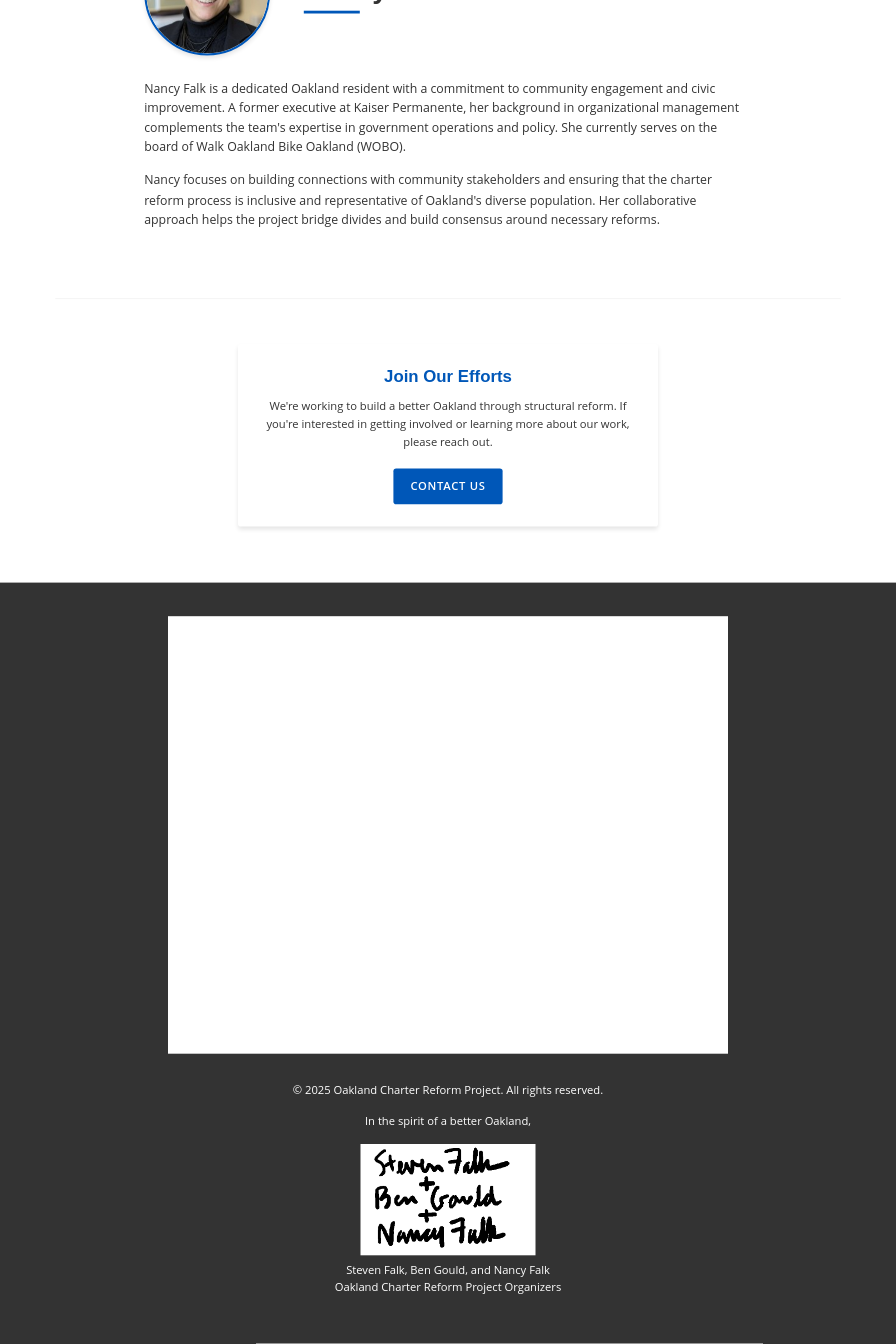
Repository: bgould132/oaklandcharterreform
Page: about.html
An editor plug-in stored every save of this project. The page is shown before and after the next save, followed by the edit.
The browser window is 1280 px wide. The pictures show the part of the page from y = 1815 to 3735 px (the page is 3735 px tall before and 3298 px after), at 70% of full size.

Above is the page before, as saved 2025-04-08 10:54:16.

### about.html
<!DOCTYPE html>
<html lang="en">
<head>
    <meta charset="UTF-8">
    <meta name="viewport" content="width=device-width, initial-scale=1.0">
    <meta name="description" content="About the Oakland Charter Reform Project team - Steven Falk, Ben Gould, and Nancy Falk">
    <title>About Us - Oakland Charter Reform Project</title>
    <link rel="stylesheet" href="css/styles.css">
    <!-- Font Awesome for icons -->
    <link rel="stylesheet" href="https://cdnjs.cloudflare.com/ajax/libs/font-awesome/6.4.2/css/all.min.css">
</head>
<body>
    <header>
        <div class="container">
            <nav aria-label="Main navigation">
                <div class="logo">
                    <a href="index.html" aria-label="Oakland Charter Reform Project Home">
                        <img src="images/logo/OCRP logo design.jpg" alt="Oakland Charter Reform Project Logo">
                    </a>
                </div>
                <button class="mobile-menu-button" aria-label="Toggle menu" aria-expanded="false" aria-controls="main-menu">
                    <span class="hamburger-icon"></span>
                </button>
                <ul id="main-menu" class="nav-menu">
                    <li><a href="index.html#why-charter-reform">Why Charter Reform</a></li>
                    <li><a href="index.html#principles">Principles</a></li>
                    <li><a href="index.html#proposed-amendments">Proposed Amendments</a></li>
                    <li><a href="index.html#our-approach">Our Approach</a></li>
                    <li><a href="about.html" class="active">About Us</a></li>
                    <li><a href="index.html#contact">Contact</a></li>
                </ul>
            </nav>
        </div>
    </header>

    <main>
        <!-- Page Header -->
        <section class="page-header about-header" aria-labelledby="page-heading">
            <div class="container">
                <h1 id="page-heading">About Us</h1>
                <p class="subtitle">Meet the team behind the Oakland Charter Reform Project</p>
            </div>
        </section>

        <!-- Team Section -->
        <section class="section" aria-labelledby="team-heading">
            <div class="container">
                <h2 id="team-heading" class="visually-hidden">Our Team</h2>

                <div class="team-member">
                    <div class="team-member-info">
                        <div class="member-header">
                            <div class="member-photo">
                                <img src="images/team/steven_falk.jpg" alt="Photo of Steven Falk">
                            </div>
                            <div class="member-title">
                                <h2>Steven Falk</h2>
                                <div class="title-underline"></div>
                            </div>
                        </div>
                        <div class="member-bio">
                            <p>Steven Falk is an Oakland resident and longtime city manager with extensive experience in local government. He has twice served as Oakland's interim city administrator and lectures on city management and public finance at UC Berkeley's Goldman School of Public Policy.</p>

                            <p>With over 30 years of local government experience, Steven has witnessed firsthand - and led - effective local governments in California, and handled the challenges presented by Oakland's current charter structure. His deep understanding of municipal operations and governance systems provides valuable insight into the reforms needed to help Oakland reach its potential.</p>
                        </div>
                    </div>
                </div>

                <div class="team-member alt-bg">
                    <div class="team-member-info">
                        <div class="member-header">
                            <div class="member-photo">
                                <img src="images/team/Ben Gould square.jpeg" alt="Photo of Ben Gould">
                            </div>
                            <div class="member-title">
                                <h2>Ben Gould</h2>
                                <div class="title-underline"></div>
                            </div>
                        </div>
                        <div class="member-bio">
                            <p>Ben Gould is an Oakland resident, public policy advisor, and community organizer. As a member of the Oakland Budget Advisory Commission and a board member of Make Oakland Better Now!, he is committed to making Oakland's government work for its residents. He previously authored and organized the winning campaign for Berkeley's 2024 Measure FF to fund smoother, safer streets.</p>

                            <p>Ben's passion for civic engagement and good governance drives his work with the Oakland Charter Reform Project. He believes that by fixing the structural problems in Oakland's charter, the city can better serve its diverse communities and address long-standing challenges.</p>
                        </div>
                    </div>
                </div>

                <div class="team-member">
                    <div class="team-member-info">
                        <div class="member-header">
                            <div class="member-photo">
                                <img src="images/team/Nancy Falk.jpeg" alt="Photo of Nancy Falk">
                            </div>
                            <div class="member-title">
                                <h2>Nancy Falk</h2>
                                <div class="title-underline"></div>
                            </div>
                        </div>
                        <div class="member-bio">
                            <p>Nancy Falk is a dedicated Oakland resident with a commitment to community engagement and civic improvement. A former executive at Kaiser Permanente, her background in organizational management complements the team's expertise in government operations and policy. She currently serves on the board of Walk Oakland Bike Oakland (WOBO).</p>

                            <p>Nancy focuses on building connections with community stakeholders and ensuring that the charter reform process is inclusive and representative of Oakland's diverse population. Her collaborative approach helps the project bridge divides and build consensus around necessary reforms.</p>
                        </div>
                    </div>
                </div>

                <div class="team-cta">
                    <h3>Join Our Efforts</h3>
                    <p>We're working to build a better Oakland through structural reform. If you're interested in getting involved or learning more about our work, please reach out.</p>
                    <a href="index.html#contact" class="cta-button">Contact Us</a>
                </div>
            </div>
        </section>
    </main>

    <footer>
        <div class="container">
            <div class="footer-content">
                <div class="footer-logo">
                    <img src="images/logo/OCRP logo design.jpg" alt="Oakland Charter Reform Project Logo">
                </div>
                <div class="footer-text">
                    <p>&copy; 2025 Oakland Charter Reform Project. All rights reserved.</p>
                    <p>In the spirit of a better Oakland,</p>
                    <div class="signature">
                        <img src="images/logo/steve and ben and nancy signature.jpg" alt="Signatures of Steven Falk, Ben Gould, and Nancy Falk" class="signature-img">
                        <p>Steven Falk, Ben Gould, and Nancy Falk<br>
                        Oakland Charter Reform Project Organizers</p>
                    </div>
                </div>
            </div>
        </div>
    </footer>

    <script src="js/main.js"></script>
</body>
</html>

### css/styles.css
/* Base Styles */
:root {
    --primary-color: #0057b8; /* Blue from the logo */
    --secondary-color: #333333;
    --accent-color: #f8f8f8;
    --text-color: #333333;
    --light-text: #ffffff;
    --heading-font: 'Montserrat', sans-serif;
    --body-font: 'Open Sans', sans-serif;
    --container-width: 1200px;
    --border-radius: 4px;
    --box-shadow: 0 4px 6px rgba(0, 0, 0, 0.1);
    --transition: all 0.3s ease;
}

/* Typography */
@import url('https://fonts.googleapis.com/css2?family=Montserrat:wght@500;700&family=Open+Sans:wght@400;600&display=swap');

* {
    margin: 0;
    padding: 0;
    box-sizing: border-box;
}

body {
    font-family: var(--body-font);
    line-height: 1.6;
    color: var(--text-color);
    font-size: 16px;
}

h1, h2, h3, h4, h5, h6 {
    font-family: var(--heading-font);
    font-weight: 700;
    line-height: 1.2;
    margin-bottom: 0.5em;
}

h1 {
    font-size: 3rem;
}

h2 {
    font-size: 2.5rem;
    margin-bottom: 1rem;
}

h3 {
    font-size: 1.5rem;
}

p {
    margin-bottom: 1.2rem;
}

a {
    color: var(--primary-color);
    text-decoration: none;
    transition: var(--transition);
}

a:hover {
    color: #004085;
}

ul {
    list-style-type: none;
}

/* Container */
.container {
    width: 90%;
    max-width: var(--container-width);
    margin: 0 auto;
    padding: 0 15px;
}

/* Header & Navigation */
header {
    background-color: #fff;
    box-shadow: 0 2px 4px rgba(0, 0, 0, 0.1);
    position: fixed;
    width: 100%;
    top: 0;
    left: 0;
    z-index: 1000;
}

header .container {
    display: flex;
    justify-content: space-between;
    align-items: center;
}

nav {
    display: flex;
    justify-content: space-between;
    align-items: center;
    width: 100%;
    padding: 1rem 0;
}

.logo img {
    height: 60px;
    width: auto;
}

.nav-menu {
    display: flex;
    gap: 1.5rem;
}

.nav-menu a {
    color: var(--secondary-color);
    font-weight: 600;
    font-size: 1rem;
    padding: 0.5rem;
}

.nav-menu a:hover {
    color: var(--primary-color);
    border-bottom: 2px solid var(--primary-color);
}

.mobile-menu-button {
    display: none;
    background: none;
    border: none;
    cursor: pointer;
    padding: 0.5rem;
}

.hamburger-icon,
.hamburger-icon::before,
.hamburger-icon::after {
    display: block;
    background-color: var(--secondary-color);
    height: 3px;
    width: 25px;
    border-radius: 3px;
    position: relative;
}

.hamburger-icon::before,
.hamburger-icon::after {
    content: '';
    position: absolute;
}

.hamburger-icon::before {
    top: -8px;
}

.hamburger-icon::after {
    top: 8px;
}

/* Hero Section */
.hero {
    height: 100vh;
    position: relative;
    margin-top: 80px; /* To account for fixed header */
}

.hero-image {
    height: 100%;
    width: 100%;
    position: relative;
}

.hero-image img {
    width: 100%;
    height: 100%;
    object-fit: cover;
    filter: brightness(70%);
}

.hero-content {
    position: absolute;
    top: 50%;
    left: 50%;
    transform: translate(-50%, -50%);
    text-align: center;
    color: var(--light-text);
    width: 80%;
    max-width: 800px;
}

.hero-content h1 {
    font-size: 3.5rem;
    margin-bottom: 0.5rem;
    text-shadow: 2px 2px 4px rgba(0, 0, 0, 0.5);
}

.tagline {
    font-size: 1.5rem;
    margin-bottom: 2rem;
    text-shadow: 1px 1px 2px rgba(0, 0, 0, 0.5);
}

.cta-button {
    display: inline-block;
    background-color: var(--primary-color);
    color: var(--light-text);
    padding: 0.8rem 1.5rem;
    border-radius: var(--border-radius);
    font-weight: 600;
    text-transform: uppercase;
    letter-spacing: 1px;
    transition: var(--transition);
}

.cta-button:hover {
    background-color: #004085;
    color: var(--light-text);
    transform: translateY(-2px);
    box-shadow: var(--box-shadow);
}

/* Section Styling */
.section {
    padding: 5rem 0;
}

.alt-bg {
    background-color: var(--accent-color);
}

.section h2 {
    text-align: center;
    margin-bottom: 2.5rem;
    position: relative;
}

.section h2::after {
    content: '';
    display: block;
    width: 80px;
    height: 4px;
    background-color: var(--primary-color);
    margin: 1rem auto 0;
}

.section-content {
    display: flex;
    flex-wrap: wrap;
    gap: 2rem;
    justify-content: space-between;
    align-items: flex-start;
}

.text-content {
    flex: 1 1 60%;
}

.stat-boxes {
    flex: 1 1 30%;
    display: flex;
    flex-direction: column;
    gap: 1.5rem;
}

.stat-box {
    background-color: var(--primary-color);
    color: var(--light-text);
    padding: 2rem;
    border-radius: var(--border-radius);
    text-align: center;
    box-shadow: var(--box-shadow);
}

.stat-number {
    font-size: 3rem;
    font-weight: 700;
    display: block;
    margin-bottom: 0.5rem;
}

.highlight-quote {
    font-size: 1.5rem;
    font-style: italic;
    color: var(--primary-color);
    border-left: 4px solid var(--primary-color);
    padding-left: 1rem;
    margin-bottom: 1.5rem;
}

/* Principles Section */
.principles-grid {
    display: grid;
    grid-template-columns: repeat(auto-fit, minmax(250px, 1fr));
    gap: 2rem;
    margin-top: 2rem;
}

.principle-card {
    background-color: white;
    padding: 2rem;
    border-radius: var(--border-radius);
    box-shadow: var(--box-shadow);
    text-align: center;
    transition: var(--transition);
}

.principle-card:hover {
    transform: translateY(-5px);
    box-shadow: 0 6px 12px rgba(0, 0, 0, 0.15);
}

.principle-icon {
    font-size: 2.5rem;
    color: var(--primary-color);
    margin-bottom: 1rem;
}

/* Our Approach Section */
.approach-content {
    display: flex;
    flex-wrap: wrap;
    gap: 3rem;
    justify-content: space-between;
}

.approach-text {
    flex: 1 1 45%;
}

.approach-list {
    list-style-type: disc;
    padding-left: 1.5rem;
    margin: 1rem 0 1.5rem;
}

.approach-list li {
    margin-bottom: 0.8rem;
}

.timeline {
    flex: 1 1 45%;
    position: relative;
    margin-left: 20px;
}

.timeline::before {
    content: '';
    position: absolute;
    left: 0;
    top: 0;
    bottom: 0;
    width: 4px;
    background-color: var(--primary-color);
    transform: translateX(-50%);
}

.timeline-item {
    position: relative;
    padding: 0 0 2rem 2rem;
}

.timeline-marker {
    position: absolute;
    left: 0;
    top: 0;
    width: 20px;
    height: 20px;
    border-radius: 50%;
    background-color: white;
    border: 4px solid var(--primary-color);
    transform: translateX(-50%);
    z-index: 1;
}

.timeline-content {
    background-color: white;
    padding: 1.5rem;
    border-radius: var(--border-radius);
    box-shadow: var(--box-shadow);
}

/* Contact Section */
.contact-content {
    max-width: 700px;
    margin: 0 auto;
    text-align: center;
}

.contact-info {
    margin-top: 2rem;
}

.signup-form {
    margin-top: 2rem;
}

/* Footer */
footer {
    background-color: var(--secondary-color);
    color: var(--light-text);
    padding: 3rem 0;
}

.footer-content {
    display: flex;
    flex-direction: column;
    align-items: center;
    gap: 2rem;
    text-align: center;
}

.footer-logo img {
    filter: brightness(0) invert(1);
}

.footer-text {
    flex: 1;
    text-align: center;
}

.signature {
    margin-top: 1rem;
    display: flex;
    flex-direction: column;
    align-items: center;
}

.signature-img {
    max-width: 250px;
    margin-bottom: 0.5rem;
    display: block;
}

.footer-social {
    display: flex;
    gap: 1rem;
}

.footer-social a {
    color: var(--light-text);
    font-size: 1.5rem;
    transition: var(--transition);
}

.footer-social a:hover {
    color: var(--primary-color);
}

/* Media Queries for Responsive Design */
@media (max-width: 992px) {
    h1 {
        font-size: 2.5rem;
    }

    h2 {
        font-size: 2rem;
    }

    .hero-content h1 {
        font-size: 2.8rem;
    }

    .tagline {
        font-size: 1.3rem;
    }
}

@media (max-width: 768px) {
    .section-content,
    .approach-content {
        flex-direction: column;
    }

    .stat-boxes {
        width: 100%;
    }

    .hero-content h1 {
        font-size: 2.2rem;
    }

    .tagline {
        font-size: 1.1rem;
    }

    .mobile-menu-button {
        display: block;
    }

    .nav-menu {
        display: none;
        flex-direction: column;
        position: absolute;
        top: 100%;
        left: 0;
        width: 100%;
        background-color: white;
        box-shadow: 0 4px 6px rgba(0, 0, 0, 0.1);
        padding: 1rem 0;
    }

    .nav-menu.show {
        display: flex;
    }

    .nav-menu li {
        width: 100%;
        text-align: center;
    }

    .nav-menu a {
        display: block;
        padding: 0.8rem 0;
    }
}

@media (max-width: 576px) {
    .hero-content h1 {
        font-size: 1.8rem;
    }

    .tagline {
        font-size: 1rem;
    }

    .cta-button {
        padding: 0.6rem 1.2rem;
        font-size: 0.9rem;
    }

    .footer-content {
        flex-direction: column;
        text-align: center;
        gap: 1.5rem;
    }
}

/* Accessibility Enhancements */
:focus {
    outline: 3px solid var(--primary-color);
    outline-offset: 3px;
}

.skip-link {
    position: absolute;
    top: -100px;
    left: 0;
    background: var(--primary-color);
    color: white;
    padding: 10px;
    z-index: 1001;
}

.skip-link:focus {
    top: 0;
}

/* Print Styles */
@media print {
    body {
        font-size: 12pt;
    }

    header, footer, .cta-button, .hero-image {
        display: none;
    }

    .container {
        width: 100%;
        max-width: 100%;
    }

    .section {
        page-break-inside: avoid;
        padding: 1rem 0;
    }
}

/* Amendment Section */
.amendment-card {
    background-color: white;
    padding: 1.5rem;
    border-radius: var(--border-radius);
    box-shadow: var(--box-shadow);
    margin-bottom: 1.5rem;
}

.amendment-list {
    list-style-type: disc;
    padding-left: 1.5rem;
    margin: 1rem 0;
}

.amendment-list li {
    margin-bottom: 0.8rem;
}

.buttons-container {
    display: flex;
    gap: 1rem;
    justify-content: center;
    margin-top: 2rem;
    flex-wrap: wrap;
}

.outline-button {
    display: inline-block;
    background-color: transparent;
    color: var(--primary-color);
    border: 2px solid var(--primary-color);
    padding: 0.8rem 1.5rem;
    border-radius: var(--border-radius);
    font-weight: 600;
    text-transform: uppercase;
    letter-spacing: 1px;
    transition: var(--transition);
}

.outline-button:hover {
    background-color: var(--primary-color);
    color: var(--light-text);
    transform: translateY(-2px);
    box-shadow: var(--box-shadow);
}

/* About Us Page */
.page-header {
    background-color: var(--primary-color);
    color: var(--light-text);
    padding: 8rem 0 4rem;
    text-align: center;
    margin-bottom: 3rem;
}

.page-header h1 {
    font-size: 3rem;
    margin-bottom: 0.5rem;
}

.subtitle {
    font-size: 1.2rem;
    max-width: 600px;
    margin: 0 auto;
}

.visually-hidden {
    position: absolute;
    width: 1px;
    height: 1px;
    padding: 0;
    margin: -1px;
    overflow: hidden;
    clip: rect(0, 0, 0, 0);
    white-space: nowrap;
    border: 0;
}

.team-member {
    padding: 5rem 0;
    border-bottom: 1px solid #eee;
}

.team-member.alt-bg {
    background-color: var(--accent-color);
}

.team-member:last-of-type {
    border-bottom: none;
}

.team-member-info {
    max-width: 800px;
    margin: 0 auto;
}

.member-role {
    color: var(--primary-color);
    font-weight: 600;
    margin-bottom: 1rem;
}

.member-bio {
    margin-top: 1rem;
}

.team-cta {
    text-align: center;
    max-width: 600px;
    margin: 4rem auto 0;
    padding: 2rem;
    background-color: white;
    border-radius: var(--border-radius);
    box-shadow: var(--box-shadow);
}

.team-cta h3 {
    color: var(--primary-color);
    margin-bottom: 1rem;
}

.team-cta p {
    margin-bottom: 1.5rem;
}

@media (max-width: 768px) {
    .page-header {
        padding: 7rem 0 3rem;
    }

    .page-header h1 {
        font-size: 2.5rem;
    }

    .team-member {
        padding: 2rem 0;
    }
}

/* Active Navigation */
.nav-menu a.active {
    color: var(--primary-color);
    border-bottom: 2px solid var(--primary-color);
}

/* Team Member Styling */
.member-header {
    display: flex;
    align-items: center;
    margin-bottom: 2rem;
}

.member-photo {
    width: 180px;
    height: 180px;
    border-radius: 50%;
    overflow: hidden;
    margin-right: 3rem;
    box-shadow: var(--box-shadow);
    flex-shrink: 0;
    border: 3px solid var(--primary-color);
}

.member-photo img {
    width: 100%;
    height: 100%;
    object-fit: cover;
    object-position: center;
}

.member-title {
    flex: 1;
}

.member-title h2 {
    font-size: 2.5rem;
    margin-bottom: 0.5rem;
    text-align: left;
}

.member-title h2::after {
    display: none;
}

.title-underline {
    height: 4px;
    width: 80px;
    background-color: var(--primary-color);
    margin-top: 0.5rem;
}

.team-member-info {
    max-width: 900px;
    margin: 0 auto;
    padding: 0 1rem;
}

.member-bio {
    margin-top: 1rem;
    font-size: 1.1rem;
}

.team-member {
    padding: 5rem 0;
    border-bottom: 1px solid #eee;
}

@media (max-width: 768px) {
    .member-header {
        flex-direction: column;
        text-align: center;
    }

    .member-photo {
        margin-right: 0;
        margin-bottom: 1.5rem;
    }

    .member-title h2 {
        text-align: center;
    }

    .title-underline {
        margin: 0.5rem auto 0;
    }
}

.member-photo img[src*="Ben Gould"] {
    object-position: top center;
}

.about-header {
    margin-bottom: 0;
}

.about-header h1 {
    font-size: 3.5rem;
}

Loaded but not shown: js/main.js (101 lines, source omitted)

After the next save:
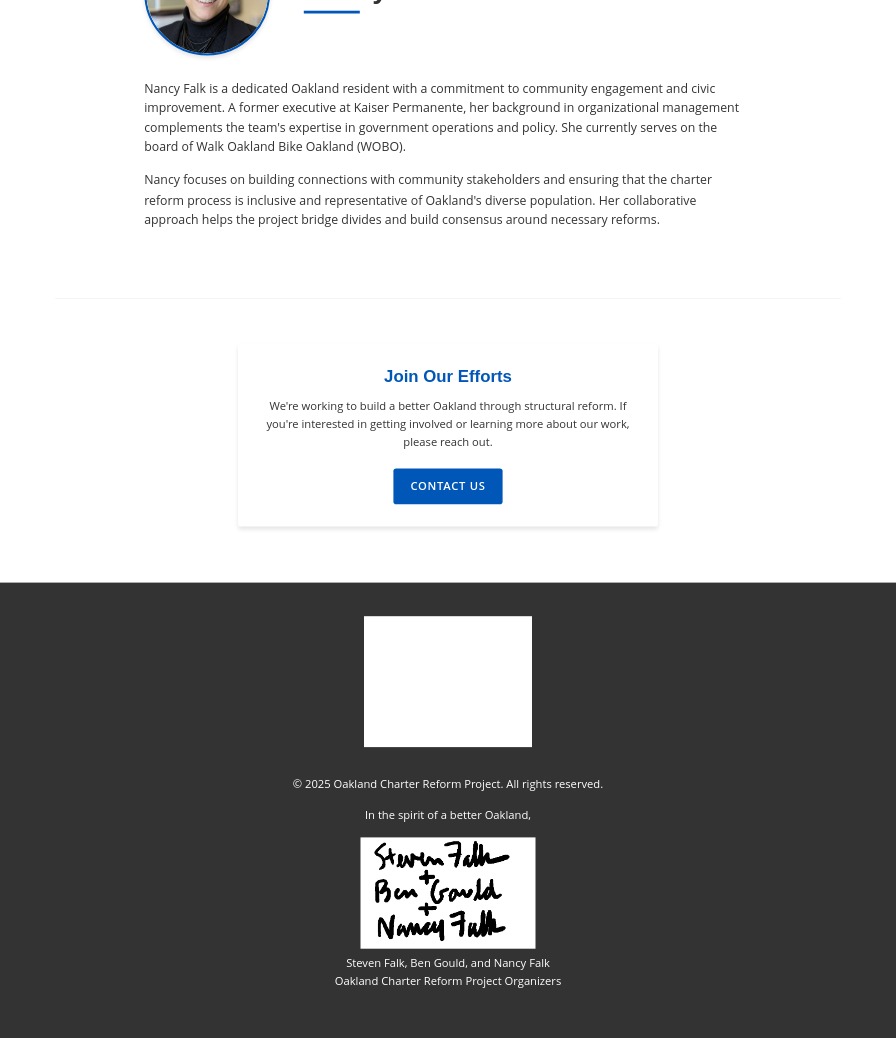
Saved 4 s later.
--- a/about.html
+++ b/about.html
@@ -117,7 +117,7 @@
         <div class="container">
             <div class="footer-content">
                 <div class="footer-logo">
-                    <img src="images/logo/OCRP logo design.jpg" alt="Oakland Charter Reform Project Logo">
+                    <img src="images/logo/OCRP logo design.jpg" alt="Oakland Charter Reform Project Logo" width="240">
                 </div>
                 <div class="footer-text">
                     <p>&copy; 2025 Oakland Charter Reform Project. All rights reserved.</p>
